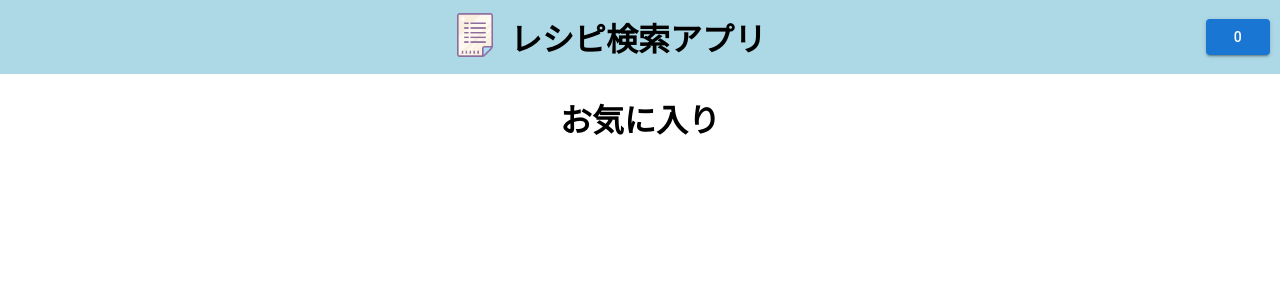
Repository: rweyb/recipe-search-app
Page: /favorites
These files come from the project's save history. The page is drawn as it stood at one moment and after the next save; the edit follows.
The browser window is 1280 px wide. The pictures show the whole page.
The project was rebuilt for these pictures with package versions that can differ from the ones it lists, and the page was loaded fresh each time. Also part of the build but not shown: src/components/FavoritesButton.js, src/components/RecipeResults.js, src/pages/HomePage.js, src/components/SearchBar.js, src/pages/RecipePage.js, src/pages/IngredientPage.js, src/reducers/RecipeSearch.js.

Above is the page before, as saved 2024-06-23 15:15:38.

After the next save:
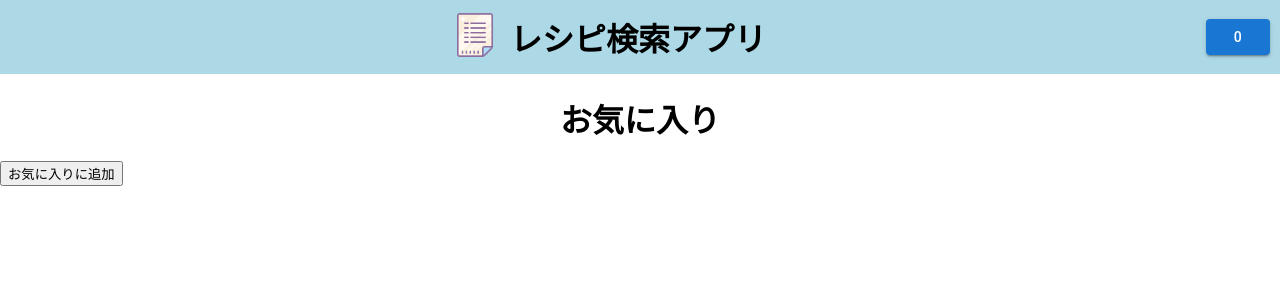
Saved 3 min 28 s later.
--- a/src/pages/FavoritesPage.js
+++ b/src/pages/FavoritesPage.js
@@ -18,6 +18,16 @@ const FavoritesPage = () => {
     return (
         <div>
             <h1>お気に入り</h1>
+            <ul>
+                {favorites.map((id) => {
+                    <li key={id}>
+                        {id}
+                        <button onClick={() => removeFavorite(id)}>削除</button>
+                    </li>
+                })}
+            </ul>
+             {/* 仮のボタンを追加してお気に入りに追加する動作をテスト */}
+        <button onClick={() => addFavorite('2024062317701')}>お気に入りに追加</button>
         </div>
     );
 }
